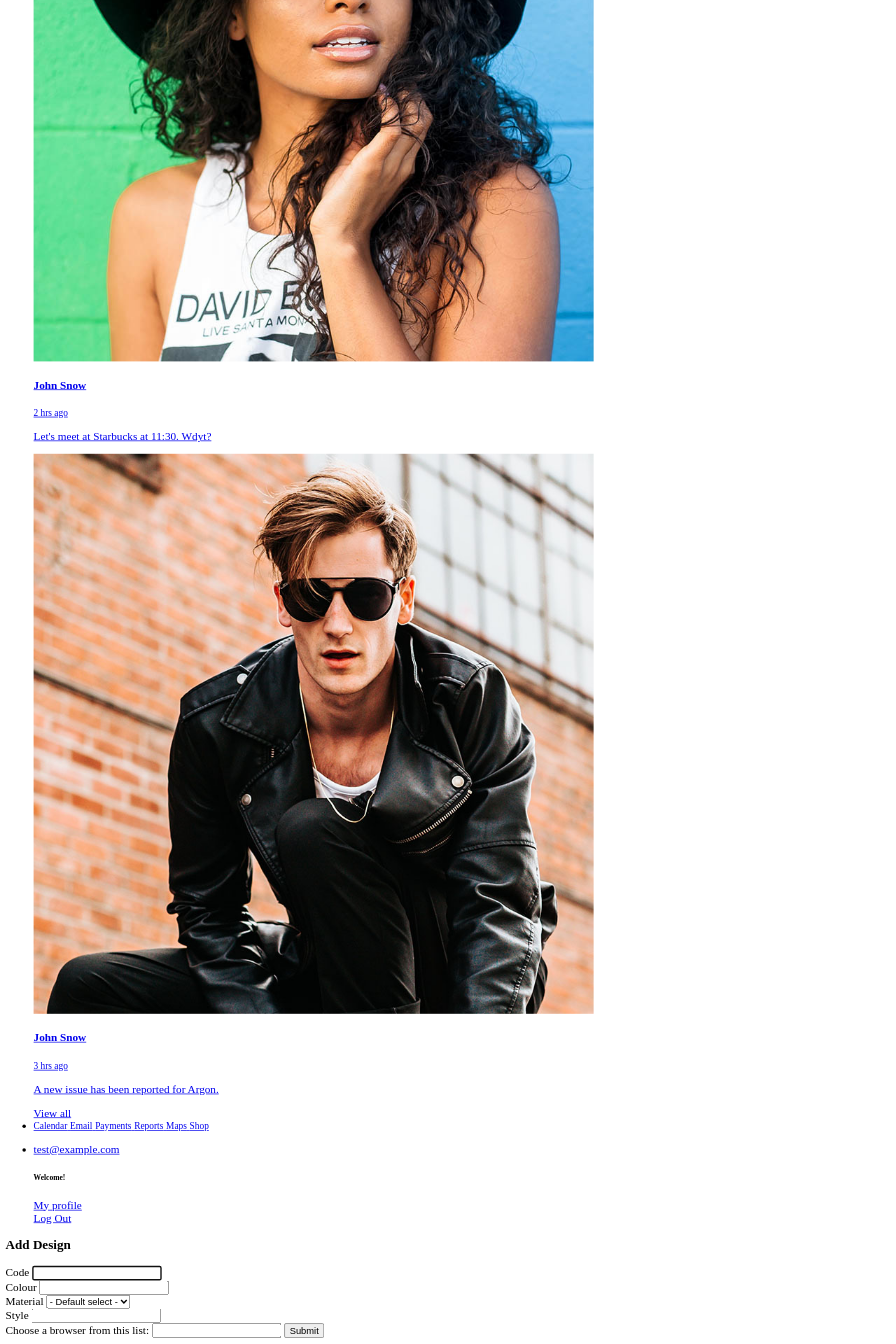
Repository: amirulaizat2004/tailorsystem-internship
Page: resources/views/design/create.blade.php
These files come from the project's save history. The page is drawn as it stood at one moment and after the next save; the edit follows.
The browser window is 1280 px wide. The pictures show the part of the page from y = 3585 to 5505 px (the page is 5505 px tall), at 70% of full size.
The page is served by the project's Laravel application, run on PHP 8.4 with Laravel 8. A made-up administrator, Test User (test@example.com), is signed in. The template is opened directly, without the code that normally fills it, so the values that code supplies are empty.

Above is the page before, as saved 2021-10-27 13:48:59.

After the next save:
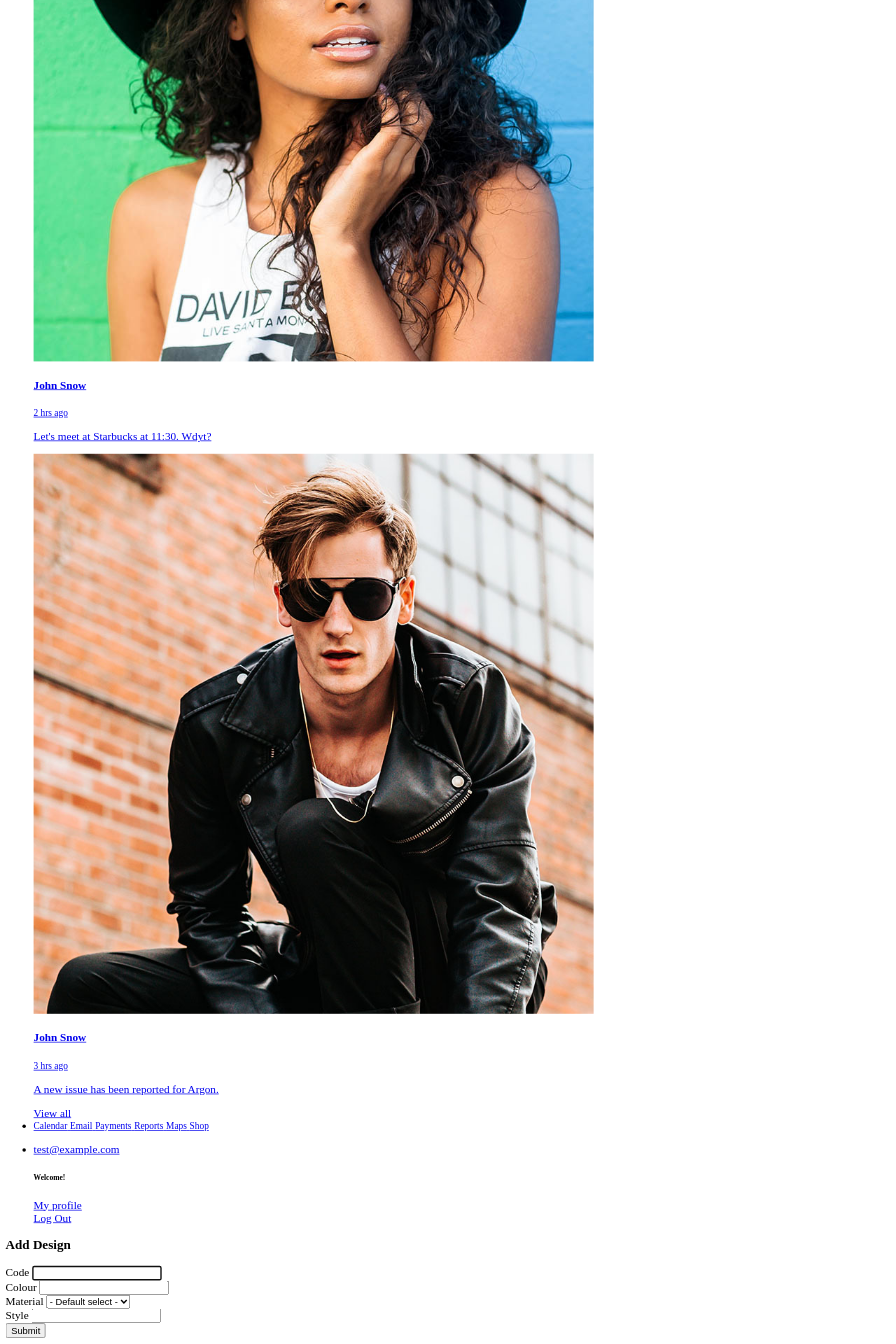
Saved 7 s later.
--- a/resources/views/design/create.blade.php
+++ b/resources/views/design/create.blade.php
@@ -49,17 +49,6 @@
       </datalist>
     </div>
 
-    <label for="myBrowser">Choose a browser from this list:</label>
-<input list="browsers" id="myBrowser" name="myBrowser" />
-<datalist id="browsers">
-  <option value="Chrome">
-  <option value="Firefox">
-  <option value="Internet Explorer">
-  <option value="Opera">
-  <option value="Safari">
-  <option value="Microsoft Edge">
-</datalist>
-
     <button type="submit" class="btn btn-primary">Submit</button>
 
   </div>
